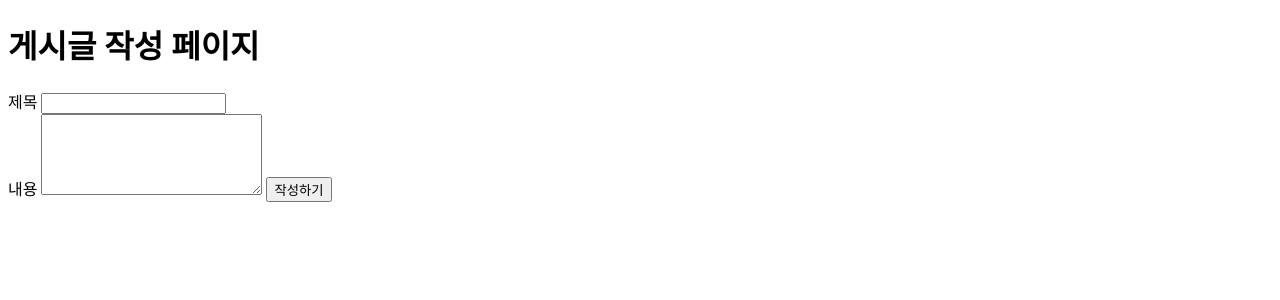
Repository: ksccmp/notice-board
Page: http://localhost/board/login_filter/board_write.jsp
These files come from the project's save history. The page is drawn as it stood at one moment and after the next save; the edit follows.
The browser window is 1280 px wide. The pictures show the whole page.
The page is served by Tomcat 9. Nobody is signed in. The application's start-up code is not run. Other server files are loaded and not shown.

Above is the page before, as saved 2019-09-24 14:01:55.

### board/src/main/webapp/login_filter/board_write.jsp
<%@ page language="java" contentType="text/html; charset=UTF-8"
    pageEncoding="UTF-8"%>
<!DOCTYPE html PUBLIC "-//W3C//DTD HTML 4.01 Transitional//EN" "http://www.w3.org/TR/html4/loose.dtd">
<html>
<head>
<meta http-equiv="Content-Type" content="text/html; charset=UTF-8">
<title>Insert title here</title>
</head>
<body>
	<h1>게시글 작성 페이지</h1>
	<form method="post" action="">
		제목 <input type="text" id="title" name="title"> <br>
		내용 <textarea id="contents" name="contents" rows="5" cols="25"></textarea>
		<input type="submit" value="작성하기">
	</form>
</body>
</html>

After the next save:
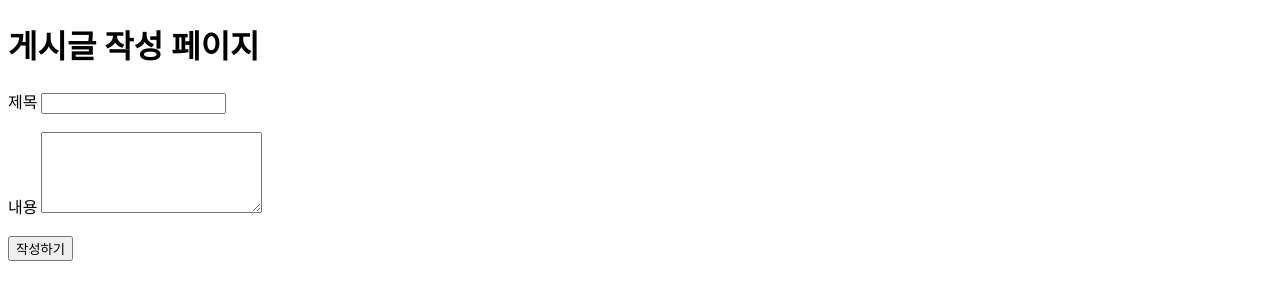
Saved 7 s later.
--- a/board/src/main/webapp/login_filter/board_write.jsp
+++ b/board/src/main/webapp/login_filter/board_write.jsp
@@ -9,8 +9,8 @@
 <body>
 	<h1>게시글 작성 페이지</h1>
 	<form method="post" action="">
-		제목 <input type="text" id="title" name="title"> <br>
-		내용 <textarea id="contents" name="contents" rows="5" cols="25"></textarea>
+		제목 <input type="text" id="title" name="title"> <br><br>
+		내용 <textarea id="contents" name="contents" rows="5" cols="25"></textarea> <br><br>
 		<input type="submit" value="작성하기">
 	</form>
 </body>
